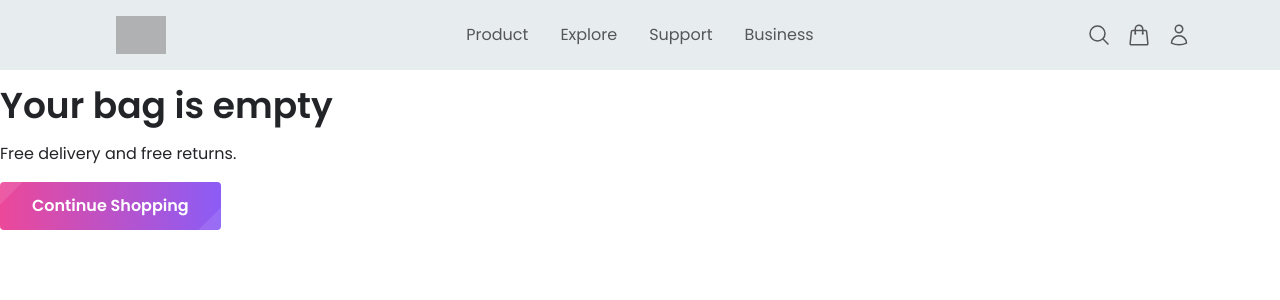
Repository: Deonorla/apple_redesign
Page: /checkout
An editor plug-in stored every save of this project. The page is shown before and after the next save, followed by the edit.
The browser window is 1280 px wide. The pictures show the whole page.
Pictures or frames that could not be fetched are drawn as grey boxes. The page's requests for data from a server got no answer. The project was rebuilt for these pictures with package versions that can differ from the ones it lists, and the page was loaded fresh each time. The framework's server and built-in components were replaced by stand-ins that run in the browser. No one was signed in, and anything a server would have sent is missing. Also part of the build but not shown: next.config.js, sanity.js, components/CheckoutProduct.tsx.

Above is the page before, as saved 2023-06-08 15:37:20.

After the next save:
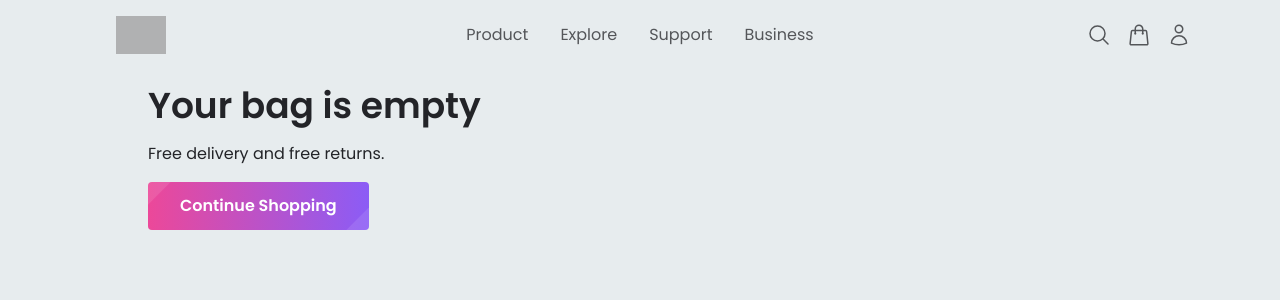
Saved 2 min 26 s later.
--- a/pages/checkout.tsx
+++ b/pages/checkout.tsx
@@ -22,14 +22,14 @@
   }, [items]);
 
   return (
-    <div>
+    <div className="min-h-screen overflow-hidden bg-[#E7ECEE] ">
       <Head>
         <title>Bag -Apple</title>
         <link rel='icon href="/favicon.ico' />
       </Head>
       <Header />
-      <main>
-        <div>
+      <main className="mx-auto max-w-5xl pb-24">
+        <div className="px-5">
           <h1 className="my-4 text-3xl font-semibold lg:text-4xl">
             {items.length > 0 ? "Review your bag" : "Your bag is empty"}
           </h1>
